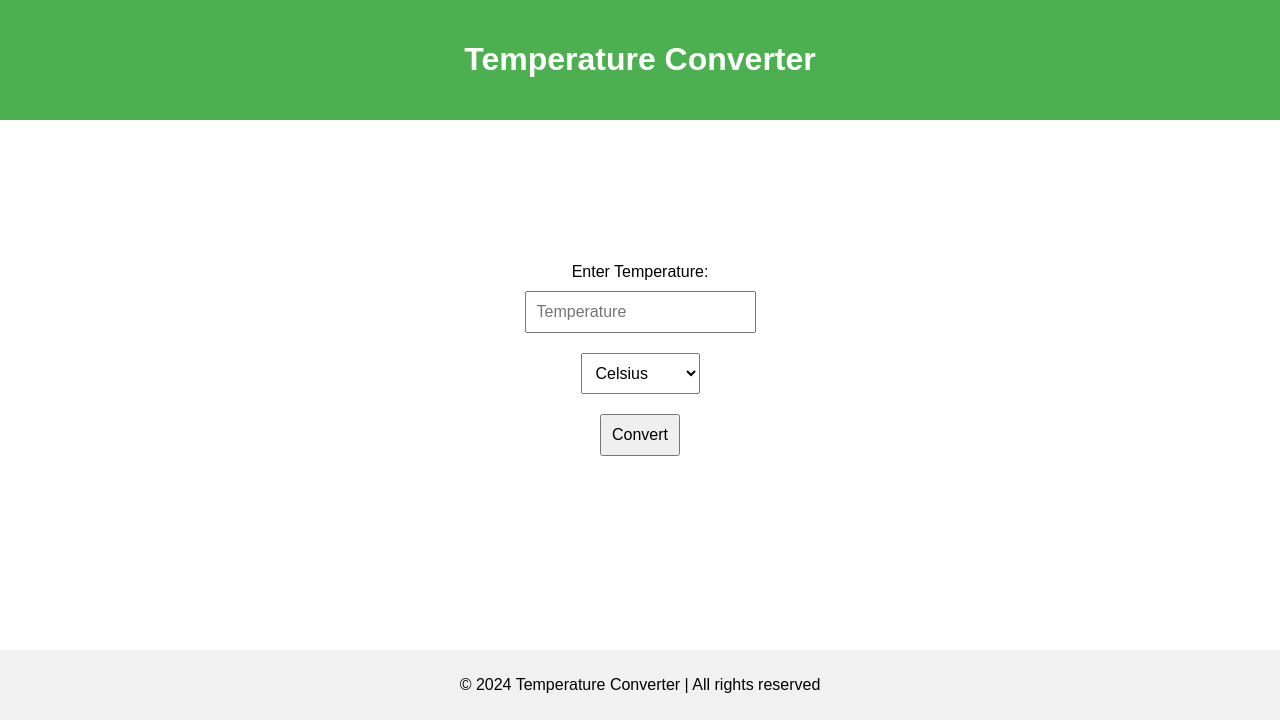
Repository: akhiranandan-04/Temperature-Converter
Page: index.html
An editor plug-in stored every save of this project. The page is shown before and after the next save, followed by the edit.
The browser window is 1280 px wide. The pictures show the whole page.

Above is the page before, as saved 2024-10-19 13:07:54.

### index.html
<!DOCTYPE html>
<html lang="en">
<head>
    <meta charset="UTF-8">
    <meta name="viewport" content="width=device-width, initial-scale=1.0">
    <title>Temperature Converter</title>
    <link rel="stylesheet" href="style.css">
</head>
<body>
    <header>
        <h1>Temperature Converter</h1>
    </header>

    <div class="converter">
        <label for="tempInput">Enter Temperature:</label>
        <input type="number" id="tempInput" placeholder="Temperature">

        <select id="tempType">
            <option value="C">Celsius</option>
            <option value="F">Fahrenheit</option>
        </select>

        <button onclick="convertTemp()">Convert</button>

        <p id="result"></p>
    </div>

    <footer>
        <p>&copy; 2024 Temperature Converter | All rights reserved</p>
    </footer>

    <script src="script.js"></script>
</body>
</html>

### style.css
body {
    font-family: Arial, sans-serif;
    display: flex;
    flex-direction: column;
    justify-content: space-between;
    min-height: 100vh;
    margin: 0;
}

header {
    text-align: center;
    background-color: #4CAF50;
    padding: 20px;
    color: white;
}

.converter {
    display: flex;
    flex-direction: column;
    align-items: center;
    justify-content: center;
    flex: 1;
    background-color:white;
}

.converter input, .converter select, .converter button {
    margin: 10px;
    padding: 10px;
    font-size: 16px;
}

.converter p {
    font-size: 20px;
    font-weight: bold;
}

footer {
    text-align: center;
    padding: 10px;
    background-color: #f1f1f1;
}

### script.js
function convertTemp() {
    let temp = document.getElementById('tempInput').value;
    let tempType = document.getElementById('tempType').value;
    let resultText = '';

    if (temp === '') {
        resultText = 'Please enter a temperature!';
    } else {
        temp = parseFloat(temp);
        if (tempType === 'C') {
            // Celsius to Fahrenheit
            let convertedTemp = (temp * 9/5) + 32;
            resultText = `${temp}°C is ${convertedTemp.toFixed(2)}°F`;
        } else if (tempType === 'F') {
            // Fahrenheit to Celsius
            let convertedTemp = (temp - 32) * 5/9;
            resultText = `${temp}°F is ${convertedTemp.toFixed(2)}°C`;
        }
    }

    document.getElementById('result').innerText = resultText;
}

After the next save:
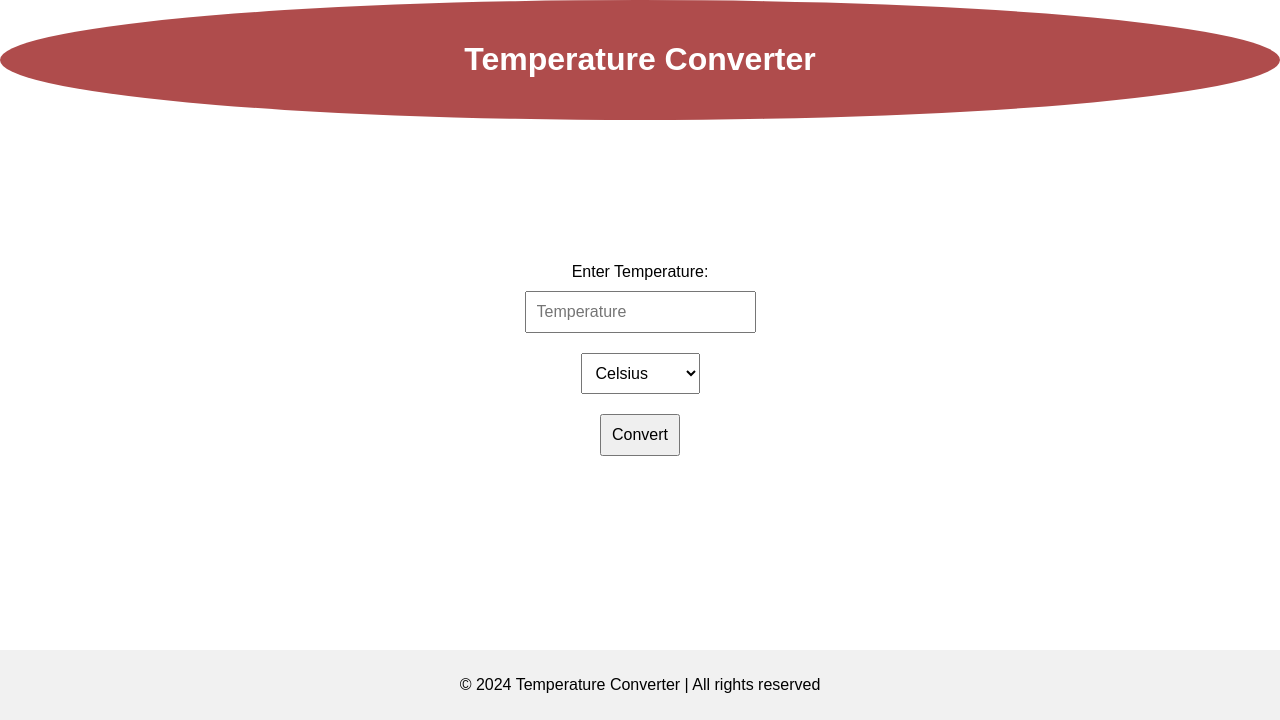
Saved 39 s later.
--- a/style.css
+++ b/style.css
@@ -9,9 +9,10 @@ body {
 
 header {
     text-align: center;
-    background-color: #4CAF50;
+    background-color: #af4c4c;
     padding: 20px;
     color: white;
+    border-radius: 50%;
 }
 
 .converter {
